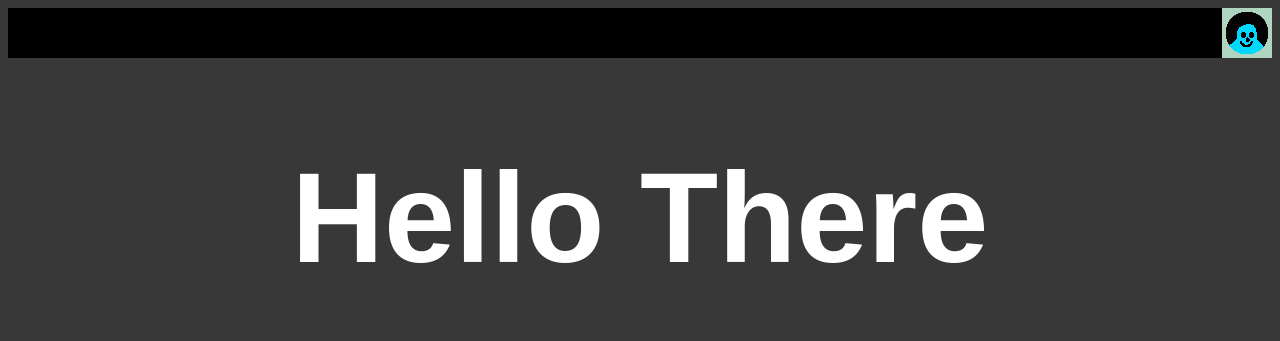
Repository: thecptwaffles/NeonWhiteAssetWebsite
Page: index.html
The author's editor kept a copy of each file at every save. The page is drawn from the files as they stood at one save, then again after the next save.
The browser window is 1280 px wide. The pictures show the whole page.

Above is the page before, as saved 2022-07-01 16:57:53.

After the next save:
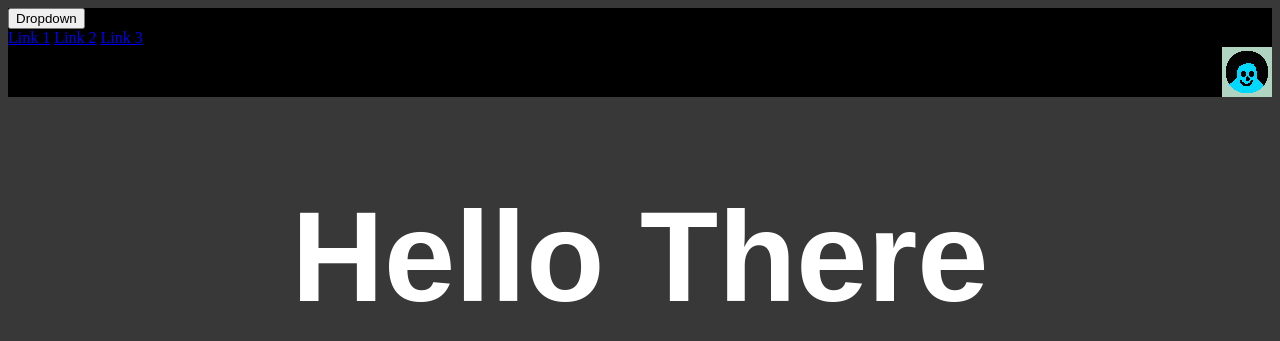
Saved 44 s later.
--- a/index.html
+++ b/index.html
@@ -11,6 +11,16 @@
 
 <body>
     <nav>
+        <div class="dropdown">
+            <button class="dropbtn">Dropdown
+                <i class="fa fa-caret-down"></i>
+            </button>
+            <div class="dropdown-content">
+                <a href="#">Link 1</a>
+                <a href="#">Link 2</a>
+                <a href="#">Link 3</a>
+            </div>
+        </div>
         <div class="profileIcon">
             <img src="./content/profile.png" alt="Profile Icon">
         </div>

After the save that followed:
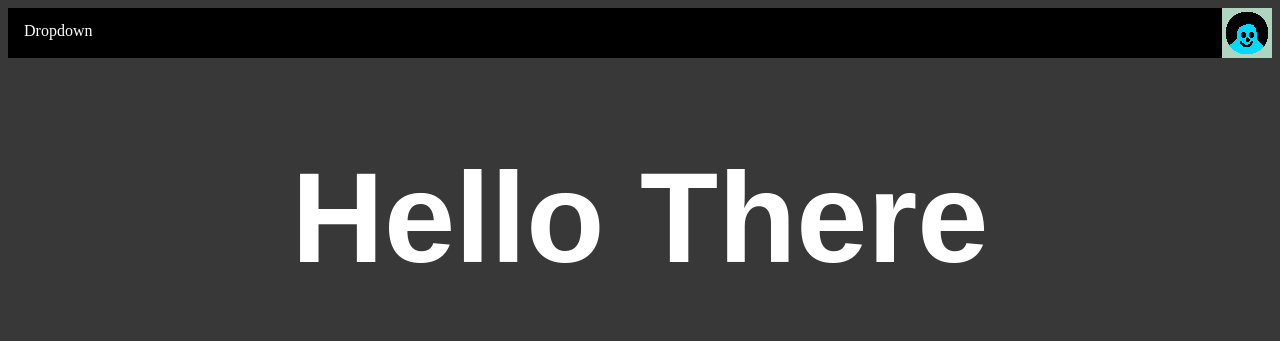
Saved 42 s later.
--- a/style.css
+++ b/style.css
@@ -27,3 +27,76 @@
     font-size: 10vw;
     font-family: sans-serif;
 }
+
+/* Navbar container */
+.navbar {
+    overflow: hidden;
+    background-color: #333;
+    font-family: Arial;
+}
+
+/* Links inside the navbar */
+.navbar a {
+    float: left;
+    font-size: 16px;
+    color: white;
+    text-align: center;
+    padding: 14px 16px;
+    text-decoration: none;
+}
+
+/* The dropdown container */
+.dropdown {
+    float: left;
+    overflow: hidden;
+}
+
+/* Dropdown button */
+.dropdown .dropbtn {
+    font-size: 16px;
+    border: none;
+    outline: none;
+    color: white;
+    padding: 14px 16px;
+    background-color: inherit;
+    font-family: inherit;
+    /* Important for vertical align on mobile phones */
+    margin: 0;
+    /* Important for vertical align on mobile phones */
+}
+
+/* Add a red background color to navbar links on hover */
+.navbar a:hover,
+.dropdown:hover .dropbtn {
+    background-color: red;
+}
+
+/* Dropdown content (hidden by default) */
+.dropdown-content {
+    display: none;
+    position: absolute;
+    background-color: #f9f9f9;
+    min-width: 160px;
+    box-shadow: 0px 8px 16px 0px rgba(0, 0, 0, 0.2);
+    z-index: 1;
+}
+
+/* Links inside the dropdown */
+.dropdown-content a {
+    float: none;
+    color: black;
+    padding: 12px 16px;
+    text-decoration: none;
+    display: block;
+    text-align: left;
+}
+
+/* Add a grey background color to dropdown links on hover */
+.dropdown-content a:hover {
+    background-color: #ddd;
+}
+
+/* Show the dropdown menu on hover */
+.dropdown:hover .dropdown-content {
+    display: block;
+}
